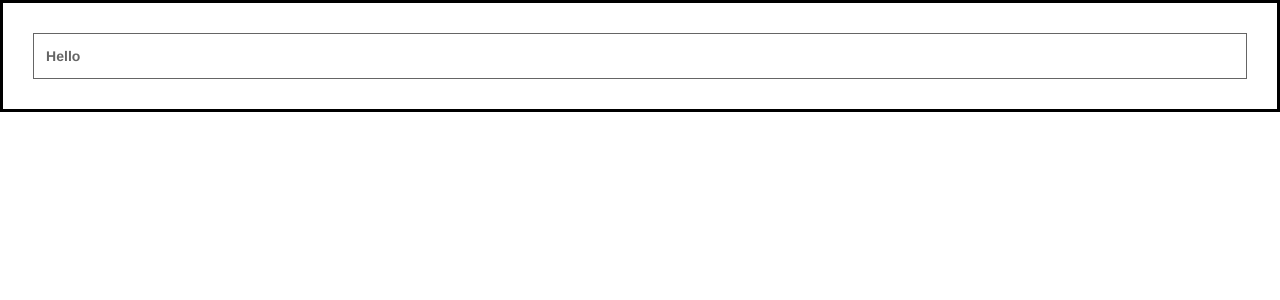
Repository: AravindMarshall/ShoppingCart
Page: http://localhost/Phineas/tester.jsp
These files come from the project's save history. The page is drawn as it stood at one moment and after the next save; the edit follows.
The browser window is 1280 px wide. The pictures show the whole page.
The page is served by Tomcat 9.

Above is the page before, as saved 2016-06-11 07:12:49.

After the next save:
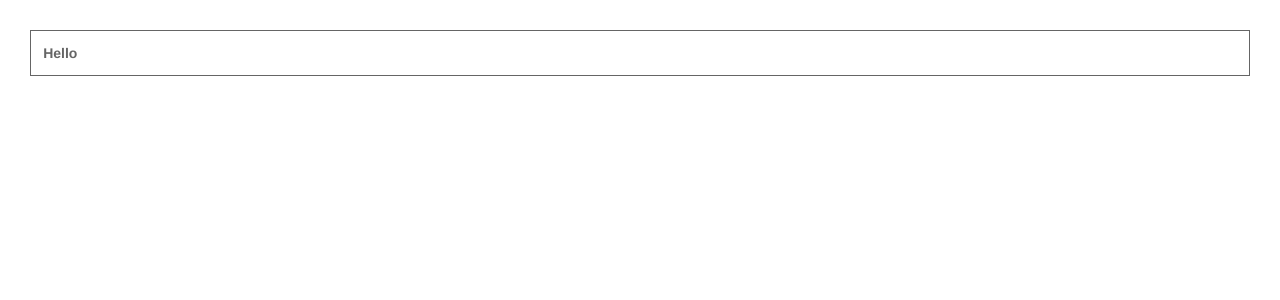
Saved 78 s later.
--- a/NIIT Shopping Cart/Phineas/WebContent/tester.jsp
+++ b/NIIT Shopping Cart/Phineas/WebContent/tester.jsp
@@ -35,7 +35,7 @@ div.transbox p {
 </head>
 <body>
 
-<div class="background">
+<div class = "img-responsive" src="car 3d.jpg">
    <div class="transbox">
      <p>Hello</p>
    </div>
